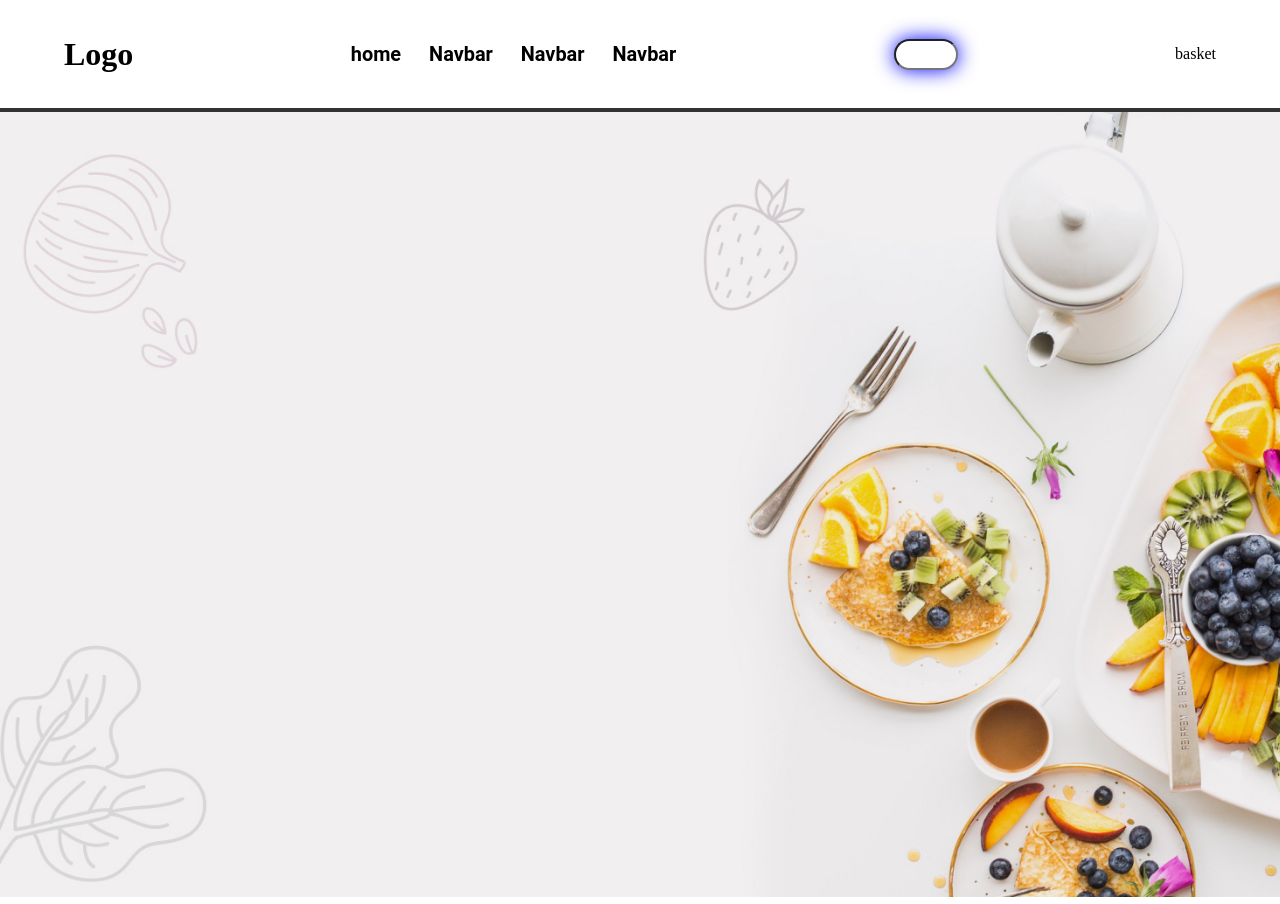
Repository: Islam432/Islam-and-Arsi---team
Page: /
The author's editor kept a copy of each file at every save. The page is drawn from the files as they stood at one save, then again after a run of saves.
The browser window is 1280 px wide. The pictures show the whole page.
The pointer rests on the first visible `input`.
The project was rebuilt for these pictures with package versions that can differ from the ones it lists, and the page was loaded fresh each time. Also part of the build but not shown: vite.config.js, src/App.css, src/components/Comp/Comp.jsx.

Above is the page before, as saved 2023-03-11 23:43:32.

### src/main.jsx
import React from "react";
import ReactDOM from "react-dom/client";
import App from "./App";
import "./index.css";
import { BrowserRouter } from "react-router-dom";


ReactDOM.createRoot(document.getElementById("root")).render(
  <React.StrictMode>

      <BrowserRouter>
        <App />
      </BrowserRouter>

  </React.StrictMode>
);

### src/App.jsx
import { useState } from "react";
import reactLogo from "./assets/react.svg";
import "./App.css";
import { Route, Routes } from "react-router-dom";
import { Layout } from "./components/Layout";
import { Home } from "./components/Home/Home";
import { Comp } from "./components/Comp/Comp";

function App() {
  return (

    <Layout>  <Routes>
    <Route path="/" element = {<Home/>}/>
    <Route path="/comp" element= {<Comp/>} />
  </Routes></Layout>

  );
}

export default App;

### src/components/Layout/index.jsx
import React from 'react'
import { Navbar } from '../Navbar/Navbar'

export const Layout = ({children}) => {
  return (
  <>
 <Navbar/>
  <main>{children}</main>
  </>
  )
}

### src/components/Home/Home.jsx
import React from 'react'
import styles from './Home.module.css'


export const Home = () => {
  return (
    <div className={styles.cont}>
      <div className={styles.blok1}></div>
    </div>
  )
}

### src/components/Navbar/Navbar.jsx
import React from "react";
import { NavLink } from "react-router-dom";
import styles from "./Navbar.module.css";

export const Navbar = () => {
  return (
    <div className={styles.cont}>
      <form className={styles.allnav}>
        <h1>Logo</h1>

        <div className={styles.navbar}>
          <NavLink to={'/'} className={styles.NavLink}>
            <h3>home</h3>
          </NavLink>
          <NavLink to={'/comp'} className={styles.NavLink}>
            <h3>Navbar</h3>
          </NavLink>
          <NavLink className={styles.NavLink}>
            <h3>Navbar</h3>
          </NavLink>
          <NavLink className={styles.NavLink}>
            <h3>Navbar</h3>
          </NavLink>

        </div>

        <div className={styles.inputblok}>
          <input type="text" placeholder="serch" />
        </div>

        <div>basket</div>
      </form>
    </div>
  );
};

### src/components/Home/Home.module.css
.cont{
    margin: 0;



}
.blok1{
    background-image: url('./Banner.jpg');
  width: 100%;
 object-fit: cover;
min-height: 110vh;

    background-size: cover;
}

### src/components/Navbar/Navbar.module.css
.cont {
    margin: 0;
  display: flex;
  align-items: center;
  justify-content: center;
  height: 15vh;
  background: #ffffff;
border-bottom: 4px solid #333;
}

.allnav {
  display: flex;
  align-items: center;
  justify-content: space-between;
  width: 90%;
  height: 10vh;

}
.navbar {
  display: flex;
  justify-content: space-around;
  align-items: center;
  gap: 28px;

  font-family: Roboto;
  font-style: Bold;
  font-size: 17px;

}
.NavLink{
    text-decoration: none;
    color: rgb(0, 0, 0);
}
input{
  font-size: 15px;
  outline: none;
  padding: 5px;
  transition: all 0.5s ease-in, box-shadow 0.6s ease-in;
 width: 50px;
 cursor: pointer;

 border-radius: 100px;
}
input::placeholder{
  opacity: 0;
  color: #0f2a5f;
  transition: 1.1s linear;
}

input:hover{
  transition: all 0.2s ease-in ;
  box-shadow: 0px 0px 20px blue;
}
input:focus::placeholder{
  opacity: 1;
  transition: 1.1s linear;
}
input:focus,
input:not(:placeholder-shown){
  padding: 10px 20px;
  border-radius: 1000px;
  width: 150px;
  transition:  all 0.8s ease-out;
  box-shadow: 0px 0px 40px rgba(26, 51, 161, 0,5);
}

Loaded but not shown: index.html (common file); src/index.css (common file)

After the next 2 saves:
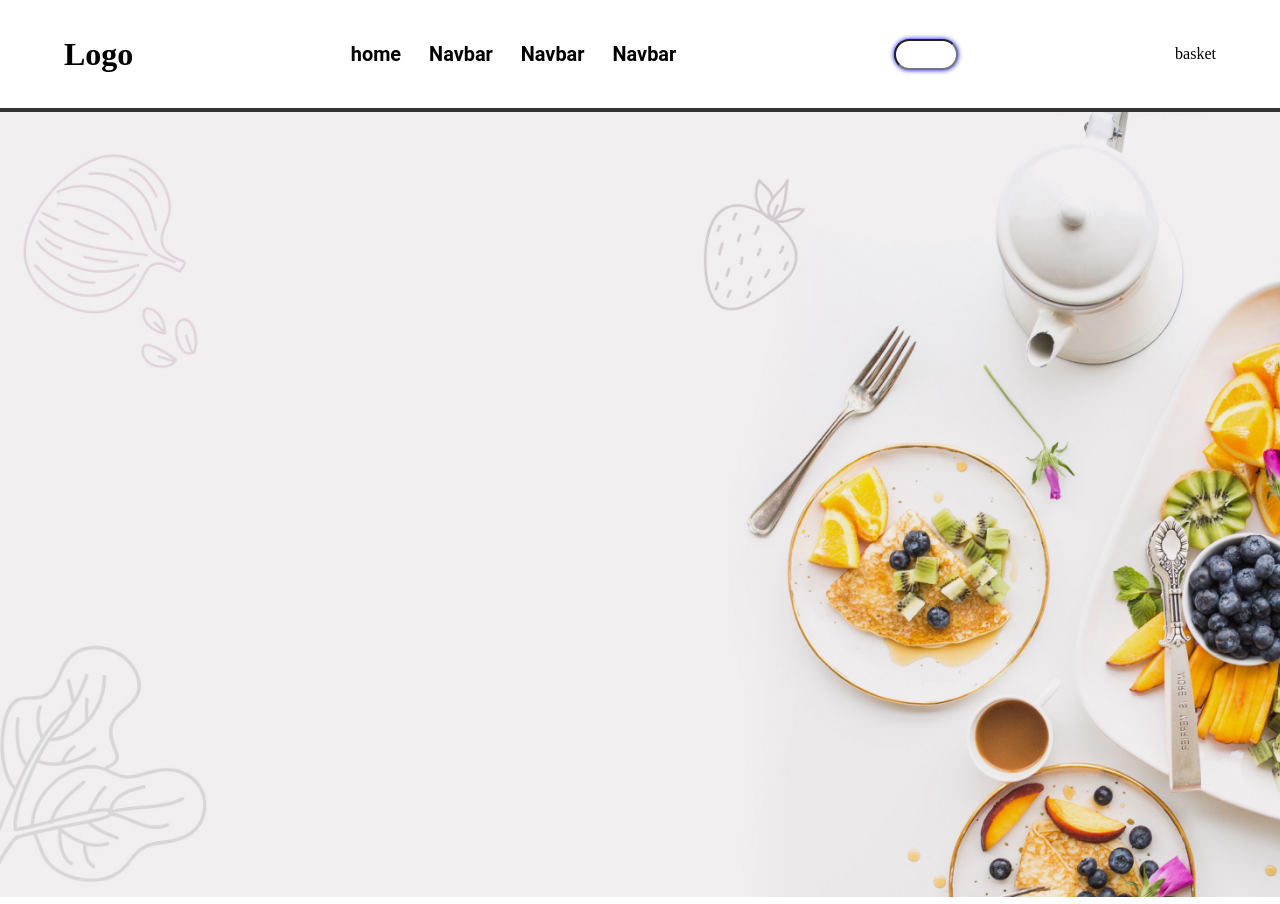
The 2 saves are shown as one change because they came seconds apart.
The last was saved 10 s later.
--- a/src/components/Navbar/Navbar.module.css
+++ b/src/components/Navbar/Navbar.module.css
@@ -49,7 +49,7 @@ input::placeholder{
 
 input:hover{
   transition: all 0.2s ease-in ;
-  box-shadow: 0px 0px 20px blue;
+  box-shadow: 0px 0px 5px blue;
 }
 input:focus::placeholder{
   opacity: 1;
